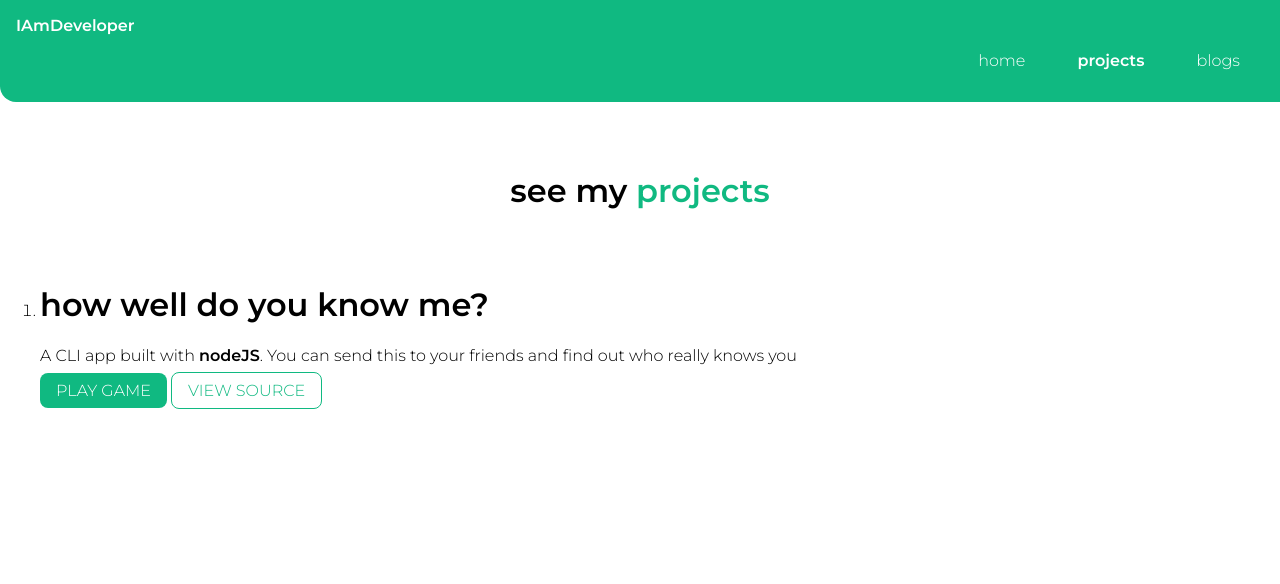
Repository: sohan2503001/Portfolio
Page: projects.html
The author's editor kept a copy of each file at every save. The page is drawn from the files as they stood at one save, then again after a run of saves.
The browser window is 1280 px wide. The pictures show the whole page.

Above is the page before, as saved 2021-03-28 02:06:49.

### projects.html
<!DOCTYPE html>
<html lang="en">
  <head>
    <meta charset="UTF-8" />
    <meta name="viewport" content="width=device-width, initial-scale=1.0" />
    <title>Projects | Sohan</title>
    <link rel="stylesheet" href="style.css" />
  </head>
  <body>
    <nav class="navigation container">
      <div class="nav-brand">IAmDeveloper</div>
      <ul class="list-non-bullet nav-pills">
        <li class="list-item-inline">
          <a class="link" href="/">home</a>
        </li>
        <li class="list-item-inline">
          <a class="link link-active" href="projects.html">projects</a>
        </li>
        <li class="list-item-inline">
          <a class="link" href="blogs.html">blogs</a>
        </li>
      </ul>
    </nav>

    <header class="hero">
      <h1 class="hero-heading">
        see my<span class="heading-inverted"> projects</span>
      </h1>
    </header>

    <ol reversed>

        <li>
            <h1>how well do you know me?</h1>
            <p>A CLI app built with <strong>nodeJS</strong>. You can send this to your
            friends and find out who really knows you</p>

            <a class="link link-primary" href="">PLAY GAME</a>
            <a class="link link-secondary" href="">VIEW SOURCE</a>
        </li>
    </ol>


  </body>
</html>

### style.css
@import url('https://fonts.googleapis.com/css2?family=Montserrat:wght@300;600&display=swap');

:root{
    --primary-color: #10B981;
    --dark-gray: #4B5563;
    --off-white:#E5E7EB;
}

body {
    font-family: 'Montserrat', sans-serif;
    margin: 0px;
}

hr{
    margin: 2rem 0rem;
}

/** container **/
.container{
    padding: 0rem 1rem;
}

.container-center{
    max-width: 600px;
    margin: auto;
}

/** links **/
.link{
    text-decoration: none;
    padding: 0.5rem 1rem;
    /*margin: 1rem 0rem 1rem 0rem;*/
}

.link-primary{
    background-color: var(--primary-color);
    border-radius: 0.5rem;
    color:white;
}

.link-secondary{
    color: var(--primary-color);
    border-radius: 0.5rem;
    border: 1px solid var(--primary-color);
}

/** lists **/

.list-non-bullet{
    list-style: none;
}

.list-item-inline{
    display: inline;
    padding: 0rem 0.5rem;
}

/** navigation **/

.navigation{
    background-color: var(--primary-color);
    color: white;
    padding: 1rem;
    border-bottom-left-radius: 1rem;
}

.navigation .nav-brand{
    font-weight: bold;
}

.navigation .nav-pills{
    text-align: right;
}

.navigation .link{
    color: white;
}

.navigation .link-active{
    font-weight: bold;
}

/**header **/

.hero{
    padding: 2rem;
}

.hero .hero-img{
    max-width: 350px;
    display: block;
    margin: auto;
}

.hero .hero-heading{
    padding-top: 1rem;
    color: var(--dark-red);
    text-align: center;
}

.hero .hero-heading .heading-inverted{
    color: var(--primary-color)
}

/** section **/
.section{
    padding: 2rem;
}

.section h1{
    text-align: center;
}

.ow {
    background-color: var(--off-white);
}

/**footer **/

.footer{
    background-color: var(--primary-color);
    padding: 2rem 1rem;
    text-align: center;
    color: white;
    border-top-right-radius: 1rem;
}

.footer .link{
    color: white;
}

.footer .footer-header{
    font-weight: bold;
    font-size: large;
}

.footer ul{
    padding-inline-start: 0px;
}

After the next 4 saves:
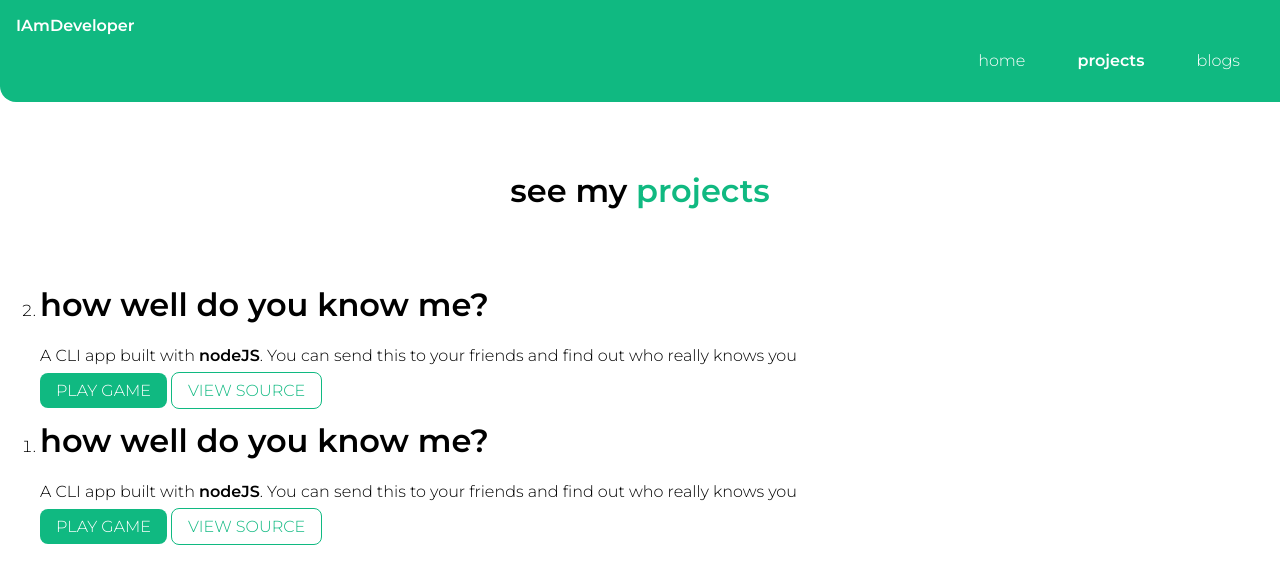
The 4 saves are shown as one change because they came seconds apart.
The last was saved 23 s later.
--- a/projects.html
+++ b/projects.html
@@ -38,6 +38,15 @@
             <a class="link link-primary" href="">PLAY GAME</a>
             <a class="link link-secondary" href="">VIEW SOURCE</a>
         </li>
+
+        <li>
+            <h1>how well do you know me?</h1>
+            <p>A CLI app built with <strong>nodeJS</strong>. You can send this to your
+            friends and find out who really knows you</p>
+
+            <a class="link link-primary" href="">PLAY GAME</a>
+            <a class="link link-secondary" href="">VIEW SOURCE</a>
+        </li>
     </ol>
 
 
